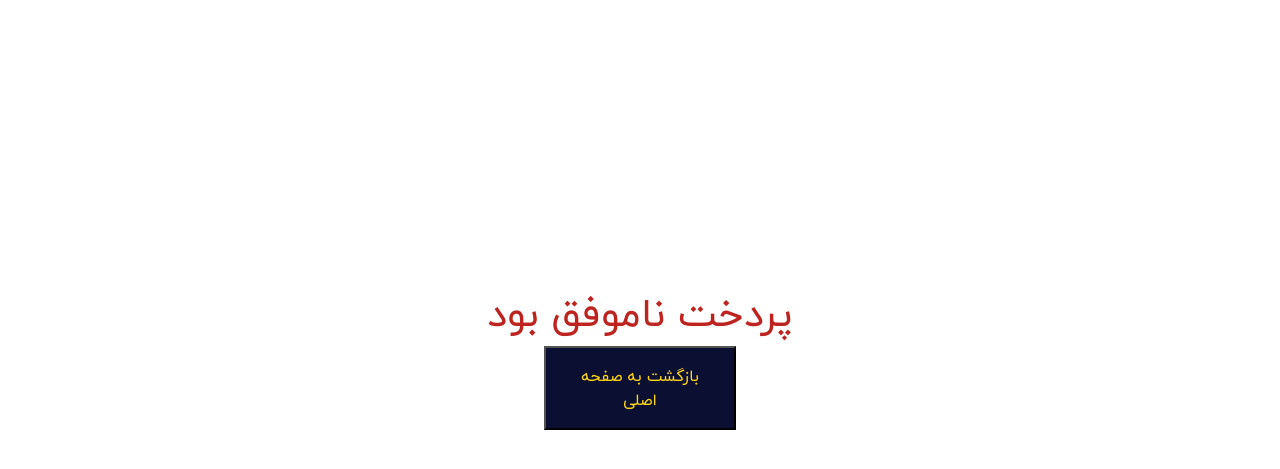
Repository: nightwolf-041/pisheyar-panel-user
Page: /payment
An editor plug-in stored every save of this project. The page is shown before and after the next save, followed by the edit.
The browser window is 1280 px wide. The pictures show the whole page.
The project was rebuilt for these pictures with package versions that can differ from the ones it lists, and the page was loaded fresh each time. Also part of the build but not shown: src/components/privateRoutes/PrivateRoute.jsx, src/components/privateRoutes/PrivateRouteLogin.jsx, src/components/notfound/NotFound.jsx.

Above is the page before, as saved 2020-07-23 14:15:58.

After the next save:
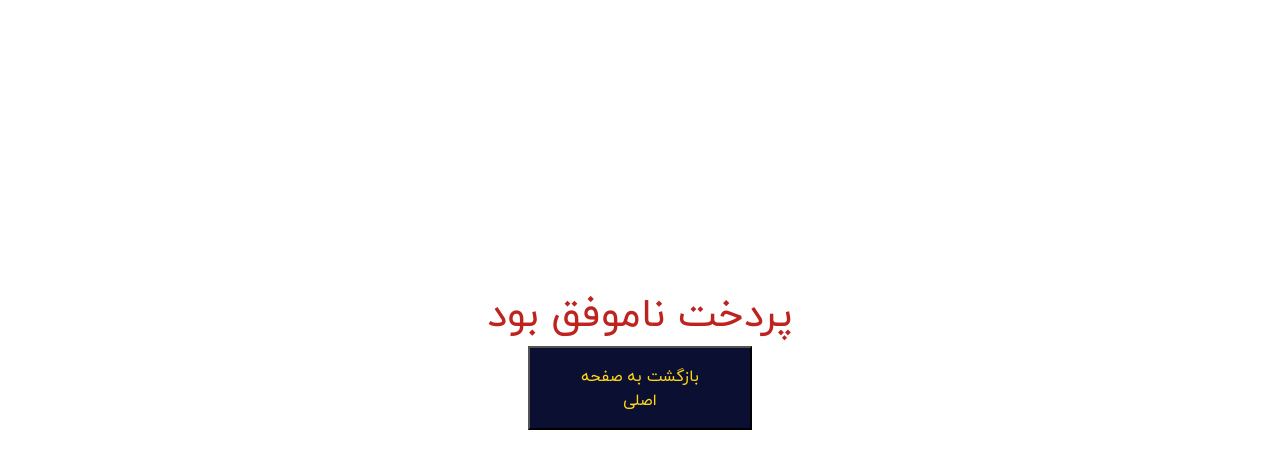
Saved 11 min 47 s later.
--- a/src/components/paymentPage/paymentPage.module.css
+++ b/src/components/paymentPage/paymentPage.module.css
@@ -23,7 +23,7 @@
 
 .paymentPageButton {
     font-family: Yekan;
-    width: 12rem;
+    width: 14rem;
     padding: 1rem 2rem;
     background-color: #0b1033;
     color: #ffd617;
